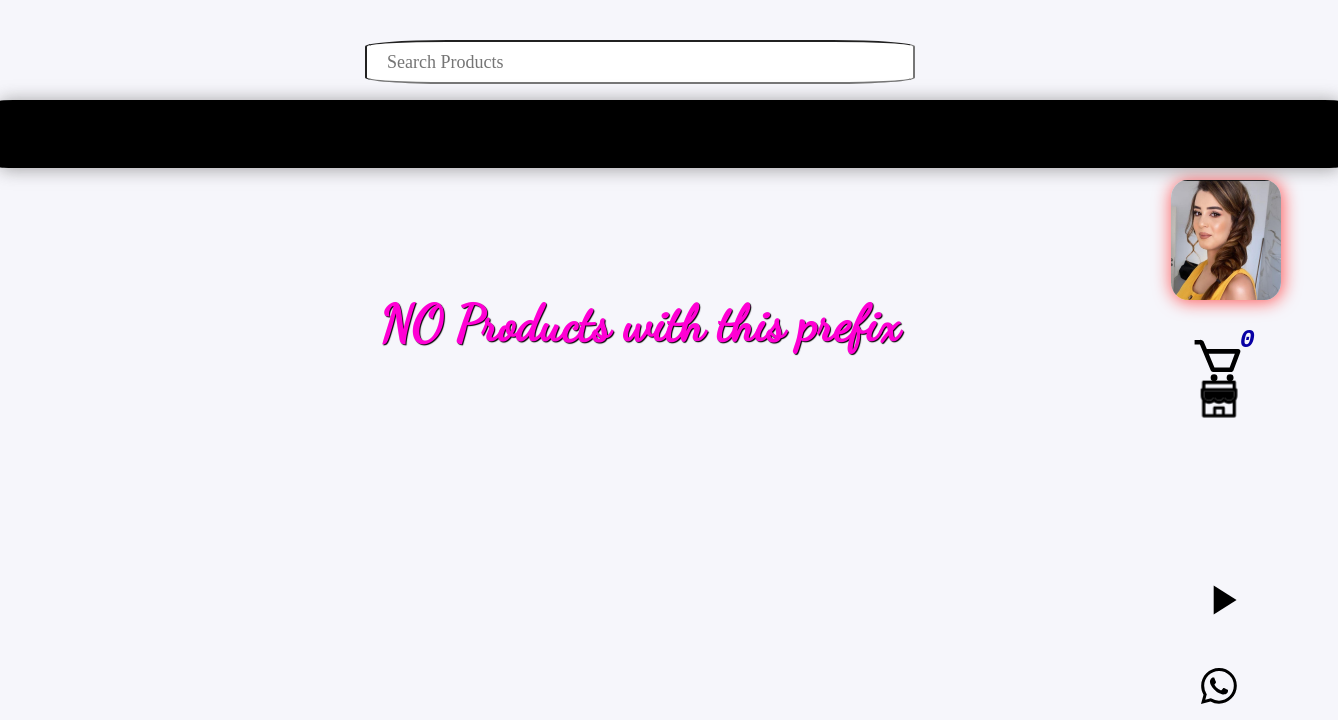
Repository: rehamAbass/BeautyCareShop
Page: /
An editor plug-in stored every save of this project. The page is shown before and after the next save, followed by the edit.
The browser window is 1280 px wide. The page is 1338 px wide, so the pictures cover 1338 px, including what lies to the right of the window. The pictures show the whole page.
The page's requests for data from a server got no answer. Some web fonts or font styles are not loaded; a fallback is used. The project was rebuilt for these pictures with package versions that can differ from the ones it lists, and the page was loaded fresh each time. No one was signed in, and anything a server would have sent is missing. Also part of the build but not shown: src/components/allProducts/prod/card.css, src/components/allProducts/prod/card.component.jsx, src/components/myCart/myCart.css, src/components/myCart/cartProduct/cartProduct.css, src/components/myCart/cartProduct/cartProduct.jsx, src/components/myCart/myCart.jsx. Imported but missing from the stored project, and not drawn on this page: src/components/header/music/ed.mp3.

Above is the page before, as saved 2022-06-08 13:28:41.

After the next save:
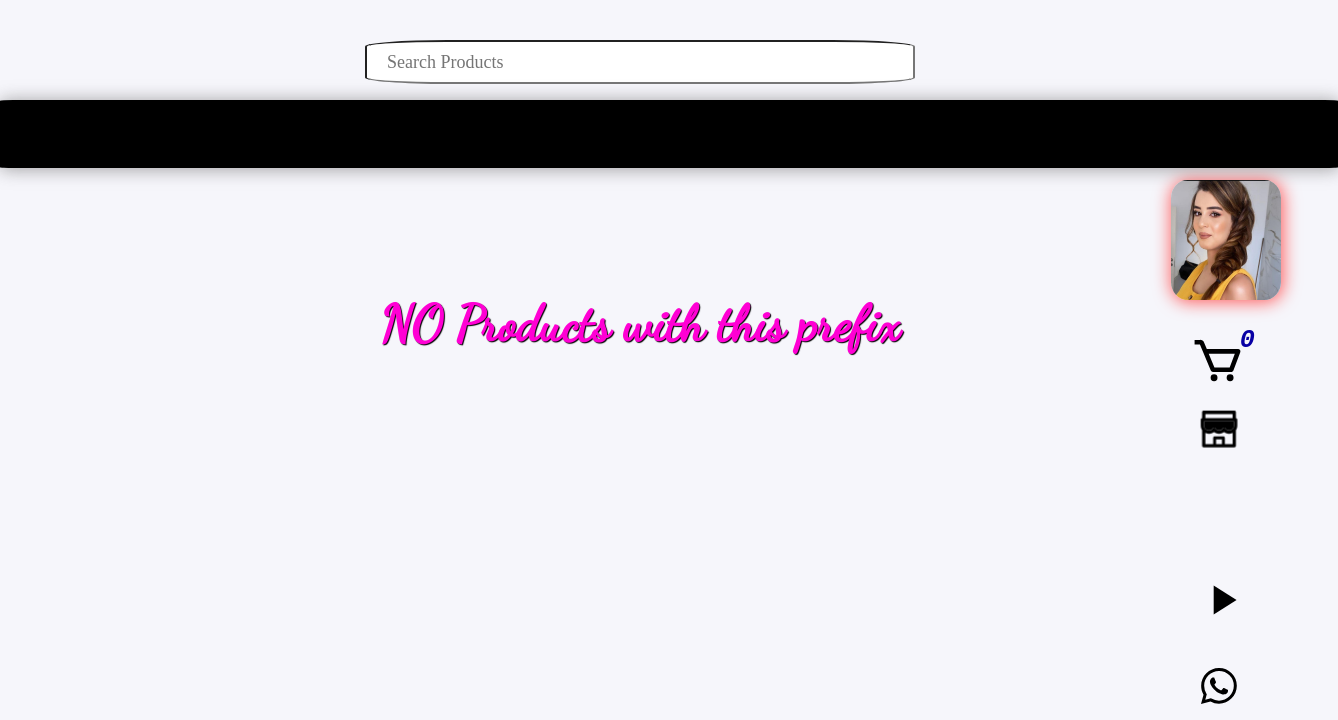
Saved 5 s later.
--- a/src/components/header/header.css
+++ b/src/components/header/header.css
@@ -22,7 +22,7 @@
     color:rgb(0, 0, 0);
      position:fixed;
     margin-left: 47%;
-    margin-top:330px;
+    margin-top:360px;
      transform: scale(2.6);
 }
 .goHome:hover{
